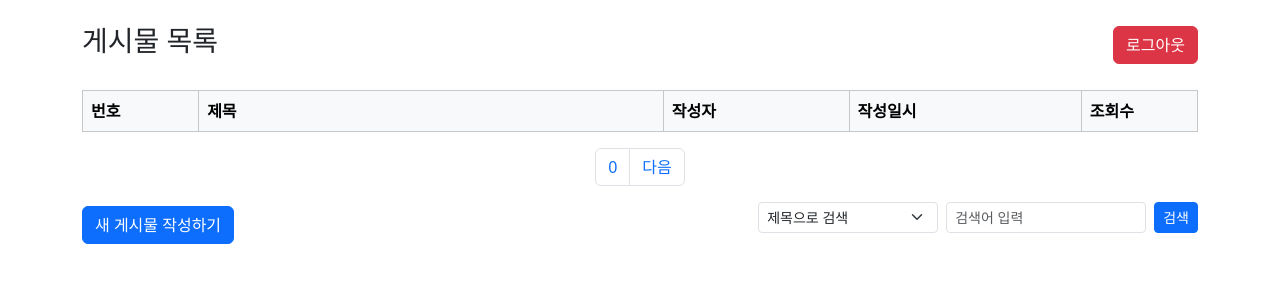
Repository: LHH-commits/SpringBoot_simple_board
Page: http://localhost/lcomputerstudy/WEB-INF/views/list.jsp
An editor plug-in stored every save of this project. The page is shown before and after the next save, followed by the edit.
The browser window is 1280 px wide. The pictures show the whole page.
The page is served by Tomcat 9. Nobody is signed in. Other server files are loaded and not shown. The template is opened directly, without the code that normally fills it, so the values that code supplies are empty.

Above is the page before, as saved 2024-09-23 01:49:39.

### lcomputerstudy/src/main/webapp/WEB-INF/views/list.jsp
<%@ page language="java" contentType="text/html; charset=UTF-8" pageEncoding="UTF-8"%>
<%@ taglib prefix="c" uri="http://java.sun.com/jsp/jstl/core"%>

<!DOCTYPE html>
<html>
<head>
<meta charset="UTF-8">
<title>게시물 목록</title>
<script src="https://ajax.googleapis.com/ajax/libs/jquery/1.12.4/jquery.min.js"></script>
<link href="https://cdn.jsdelivr.net/npm/bootstrap@5.3.3/dist/css/bootstrap.min.css" rel="stylesheet" integrity="sha384-QWTKZyjpPEjISv5WaRU9OFeRpok6YctnYmDr5pNlyT2bRjXh0JMhjY6hW+ALEwIH" crossorigin="anonymous">
<script src="https://cdn.jsdelivr.net/npm/bootstrap@5.3.3/dist/js/bootstrap.bundle.min.js" integrity="sha384-YvpcrYf0tY3lHB60NNkmXc5s9fDVZLESaAA55NDzOxhy9GkcIdslK1eN7N6jIeHz" crossorigin="anonymous"></script>
<!-- <style>
        body {
            font-family: Arial, sans-serif;
            margin: 20px;
        }
        table {
            width: 100%;
            border-collapse: collapse;
            margin-bottom: 20px;
        }
        th, td {
            padding: 10px;
            text-align: left;
            border-bottom: 1px solid #ddd;
        }
        th {
            background-color: #f4f4f4;
        }
        tr:hover {
            background-color: #f1f1f1;
        }
        h1 {
            color: #333;
        }
        .container {
            max-width: 1200px;
            margin: 0 auto;
        }
        .button {
            padding: 10px 15px;
            text-decoration: none;
            color: #fff;
            background-color: #007bff;
            border-radius: 5px;
            font-size: 16px;
            display: inline-block;
            margin-bottom: 20px;
        }
        .button:hover {
            background-color: #0056b3;
        }
        .header {
	        display: flex;
	        justify-content: space-between;
	        align-items: center;
	        margin-bottom: 20px;
   		}
    	.logout-button {
	        padding: 10px 15px;
	        text-decoration: none;
	        color: #fff;
	        background-color: #dc3545;
	        border-radius: 5px;
	        font-size: 16px;
   		}
    	.logout-button:hover {
        	background-color: #c82333;
   		}
   		.pagination {
	        text-align: center;
	        margin: 20px 0;
	    }
	    .pagination a {
	        color: #007bff;
	        text-decoration: none;
	        padding: 10px 15px;
	        border: 1px solid #ddd;
	        border-radius: 5px;
	        margin: 0 5px;
	    }
	    .pagination a:hover, .pagination a.active {
	        background-color: #007bff;
	        color: #fff;
	        border-color: #007bff;
	    }
	    .pagination .disabled {
	        color: #ddd;
	        border-color: #ddd;
	        cursor: not-allowed;
	    }
    </style> -->
<script>
    function goToList() {
        window.location.href = "/list"; // 전체 리스트로 이동
    }
</script>
</head>
<body>
    <div class="container-md mt-4">
    	<div class="d-flex justify-content-between align-items-center mb-4">
    		<h1 class="h3" onclick="goToList()" style="cursor: pointer;">게시물 목록</h1>
    		<a href="/logout" class="btn btn-danger">로그아웃</a>
    	</div>

    <table class="table table-hover table-bordered">
        <thead class="table-light">
            <tr>
                <th style="width: 5%">번호</th>
                <th style="width: 20%">제목</th>
                <th style="width: 8%">작성자</th>
                <th style="width: 10%">작성일시</th>
                <th style="width: 5%">조회수</th>
            </tr>
        </thead>
        <tbody>
            <c:forEach var="item" items="${list}">
                <tr>
                    <td>${item.bId}</td>
                    <td><a href="/detailBoard?bId=${item.bId}&page=${pagination.page}&searchOption=${searchparam.searchOption}&searchKeyword=${searchparam.searchKeyword}"
                    class="text-decoration-none">${item.bTitle}</a></td>
                    <td>${item.bWriter}</td>
                    <td>${item.bDateTime}</td>
                    <td>${item.bViews}</td>
                </tr>
            </c:forEach>
        </tbody>
    </table>
    <nav>
		<ul class="pagination justify-content-center">
		    <c:if test="${pagination.prevPage > 0}">
		    	<li class="page-item">
		        	<a class="page-link" href="/list?page=${pagination.prevPage}&searchOption=${searchparam.searchOption}&searchKeyword=${searchparam.searchKeyword}">이전</a>
		    </c:if>
		    <c:forEach var="i" begin="${pagination.startPage}" end="${pagination.endPage}">
		    	<li class="page-item ${i == pagination.page ? 'active' : ''}">
		        	<a class="page-link" href="/list?page=${i}&searchOption=${searchparam.searchOption}&searchKeyword=${searchparam.searchKeyword}">${i}</a>
		        </li>
		    </c:forEach>
		    <c:if test="${pagination.nextPage <= pagination.lastPage}">
		    	<li class="page-item">
		        	<a class="page-link" href="/list?page=${pagination.nextPage}&searchOption=${searchparam.searchOption}&searchKeyword=${searchparam.searchKeyword}">다음</a>
		    	</li>
		    </c:if>
		</ul>
	</nav>
		<div class="d-flex justify-content-between align-items-center mb-4">
	        <a href="/insertBoard" class="btn btn-primary btn-md">새 게시물 작성하기</a>
	        <form action="/list" method="get" class="d-flex mb-3">
			    <select name="searchOption" class="form-select form-select-sm me-2" style="width:180px">
			        <option value="title" ${searchparam.searchOption == 'title' ? 'selected' : ''}>제목으로 검색</option>
			        <option value="content" ${searchparam.searchOption == 'content' ? 'selected' : ''}>내용으로 검색</option>
			        <option value="titleContent" ${searchparam.searchOption == 'titleContent' ? 'selected' : ''}>제목+내용으로 검색</option>
			    </select>
		    	<input type="text" name="searchKeyword" class="form-control form-control-sm me-2" style="width:200px" value="${searchparam.searchKeyword != null ? searchparam.searchKeyword : ''}" placeholder="검색어 입력">
		   		<button type="submit" class="btn btn-primary btn-sm">검색</button>
			</form>
		</div>
    </div>
</body>
</html>

After the next save:
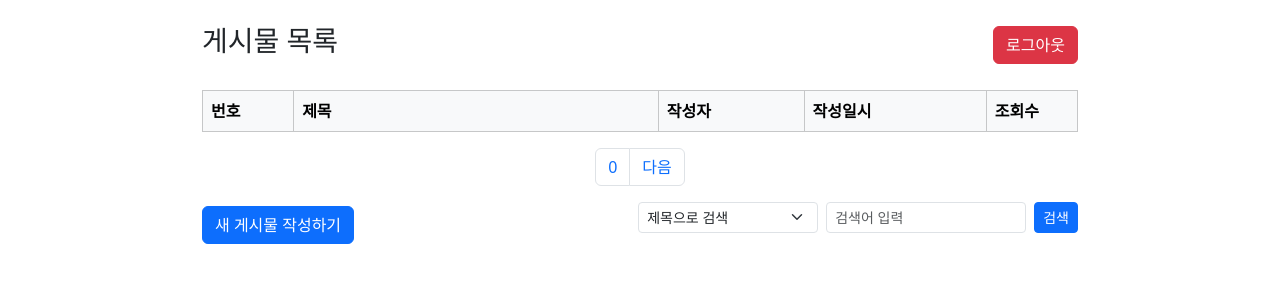
Saved 87 s later.
--- a/lcomputerstudy/src/main/webapp/WEB-INF/views/list.jsp
+++ b/lcomputerstudy/src/main/webapp/WEB-INF/views/list.jsp
@@ -97,7 +97,7 @@
 </script>
 </head>
 <body>
-    <div class="container-md mt-4">
+    <div class="container-md mt-4" style="max-width:900px">
     	<div class="d-flex justify-content-between align-items-center mb-4">
     		<h1 class="h3" onclick="goToList()" style="cursor: pointer;">게시물 목록</h1>
     		<a href="/logout" class="btn btn-danger">로그아웃</a>
